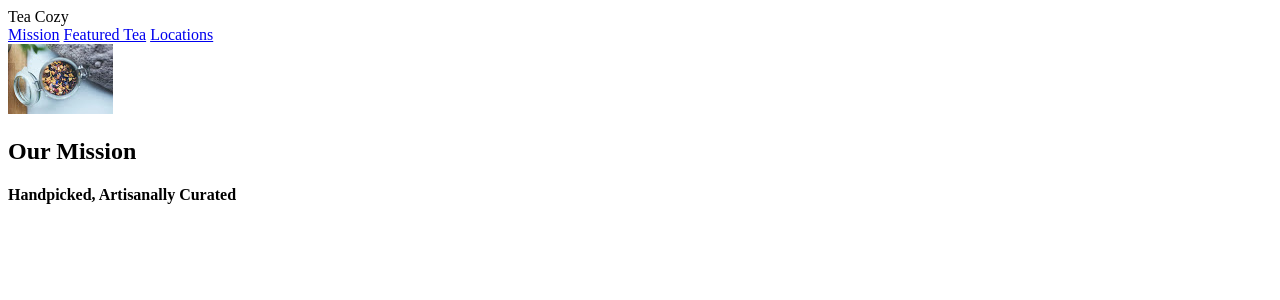
Repository: NiutaR/teaCozy
Page: index.html
These files come from the project's save history. The page is drawn as it stood at one moment and after a run of saves; the edit follows.
The browser window is 1280 px wide. The pictures show the whole page.

Above is the page before, as saved 2021-08-06 17:04:57.

### index.html
<!DOCTYPE html>
<html lang="en">
<head>
    <meta charset="UTF-8">
    <meta http-equiv="X-UA-Compatible" content="IE=edge">
    <meta name="viewport" content="width=device-width, initial-scale=1.0">
    <link rel="stylesheet" href="src/style.css">
    <title>Tea Cozy</title>

</head>
<body>
        <header>
            <a class="header-logo">Tea Cozy</a>
            <div class="header-right">
                <a class="link" href="#">Mission</a>
                <a class="link" href="#">Featured Tea</a>
                <a class="link" href="#">Locations</a>
            </div>

        </header>

        <img src="src/img/img-mission-background.jpg" alt="tea">
        <h2>Our Mission</h2>
        <h4>Handpicked, Artisanally Curated</h4>
    <div class="wrapper">
    </div>

</body>
</html>

Loaded but not shown: src/style.css (no copy from this time; the picture is the same without it)

After the next 5 saves:
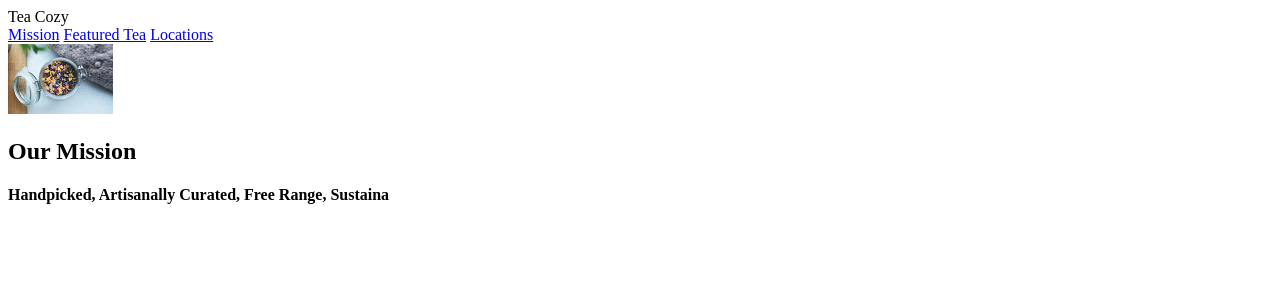
The 5 saves are shown as one change because they came seconds apart.
The last was saved 15 s later.
--- a/index.html
+++ b/index.html
@@ -21,7 +21,7 @@
 
         <img src="src/img/img-mission-background.jpg" alt="tea">
         <h2>Our Mission</h2>
-        <h4>Handpicked, Artisanally Curated</h4>
+        <h4>Handpicked, Artisanally Curated, Free Range, Sustaina</h4>
     <div class="wrapper">
     </div>
 
